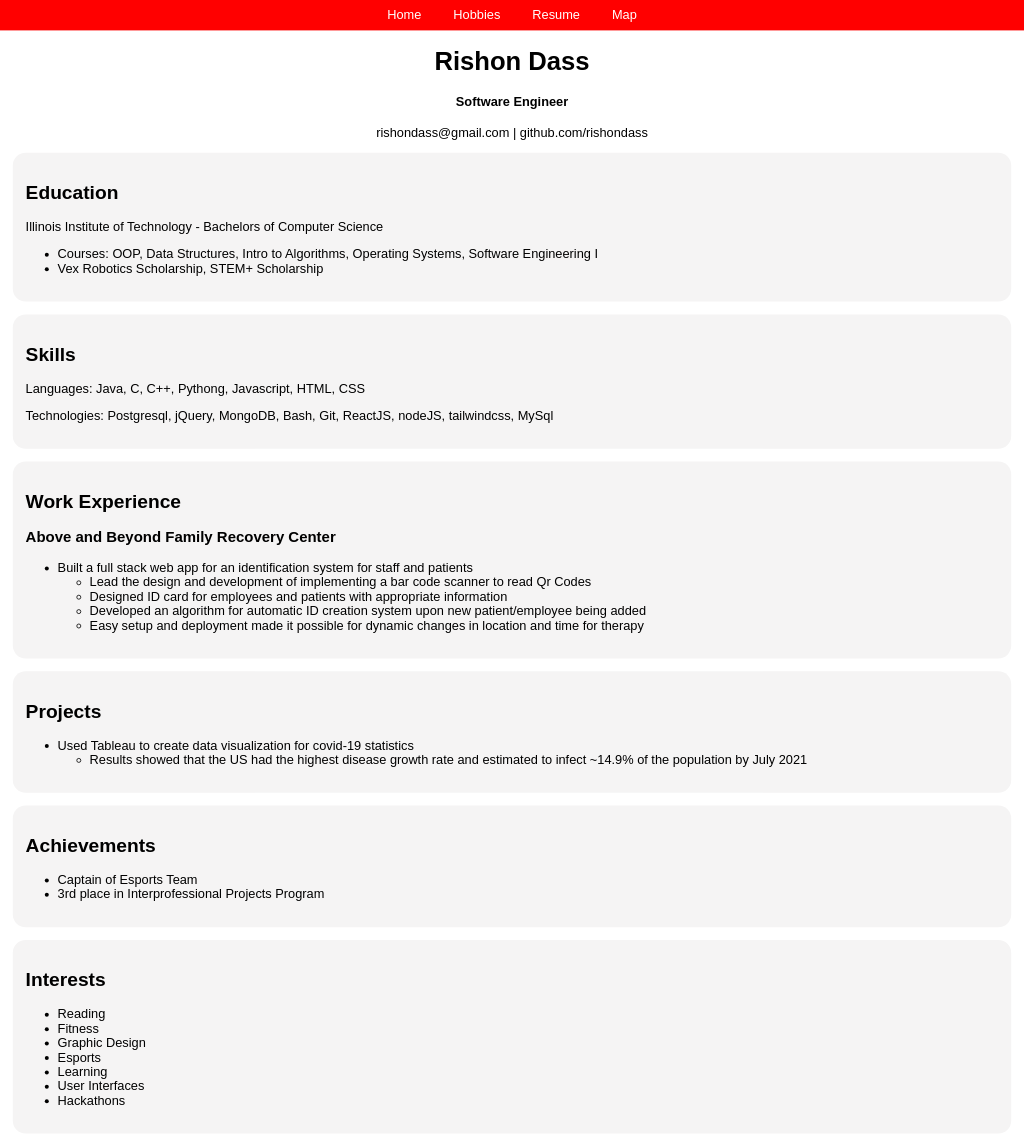
Repository: rishondass/ITMD361-Project3
Page: resume.html
These files come from the project's save history. The page is drawn as it stood at one moment and after the next save; the edit follows.
The browser window is 1280 px wide. The pictures show the whole page, at 80% of full size.

Above is the page before, as saved 2023-04-28 18:11:36.

After the next save:
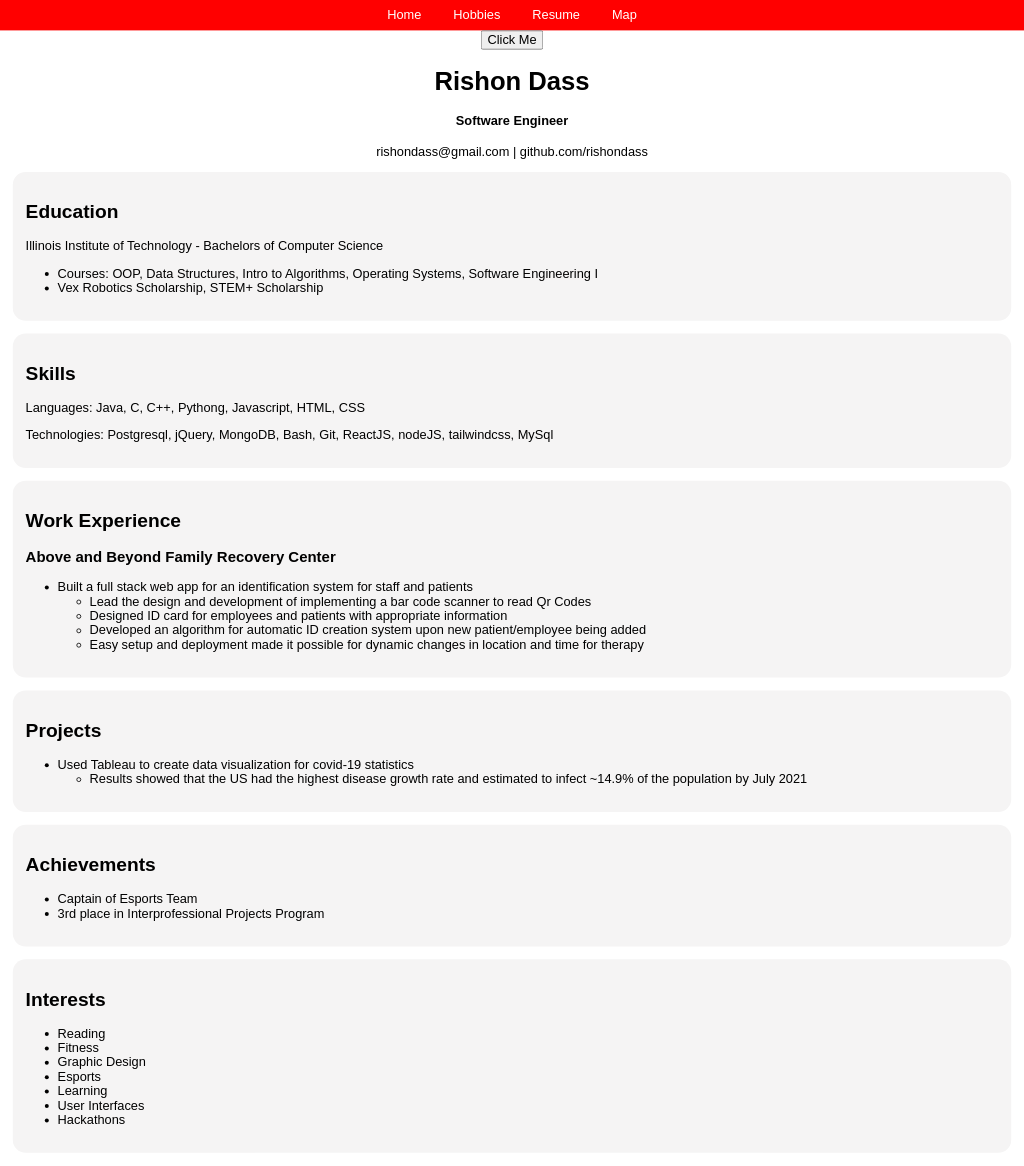
Saved 14 s later.
--- a/resume.html
+++ b/resume.html
@@ -25,6 +25,9 @@
     </ul>
   </nav>
   <div id="title">
+    <div id="secretdiv">
+      <button id="secretbutton">Click Me</button>
+    </div>
     <h1>
       Rishon Dass
     </h1>
